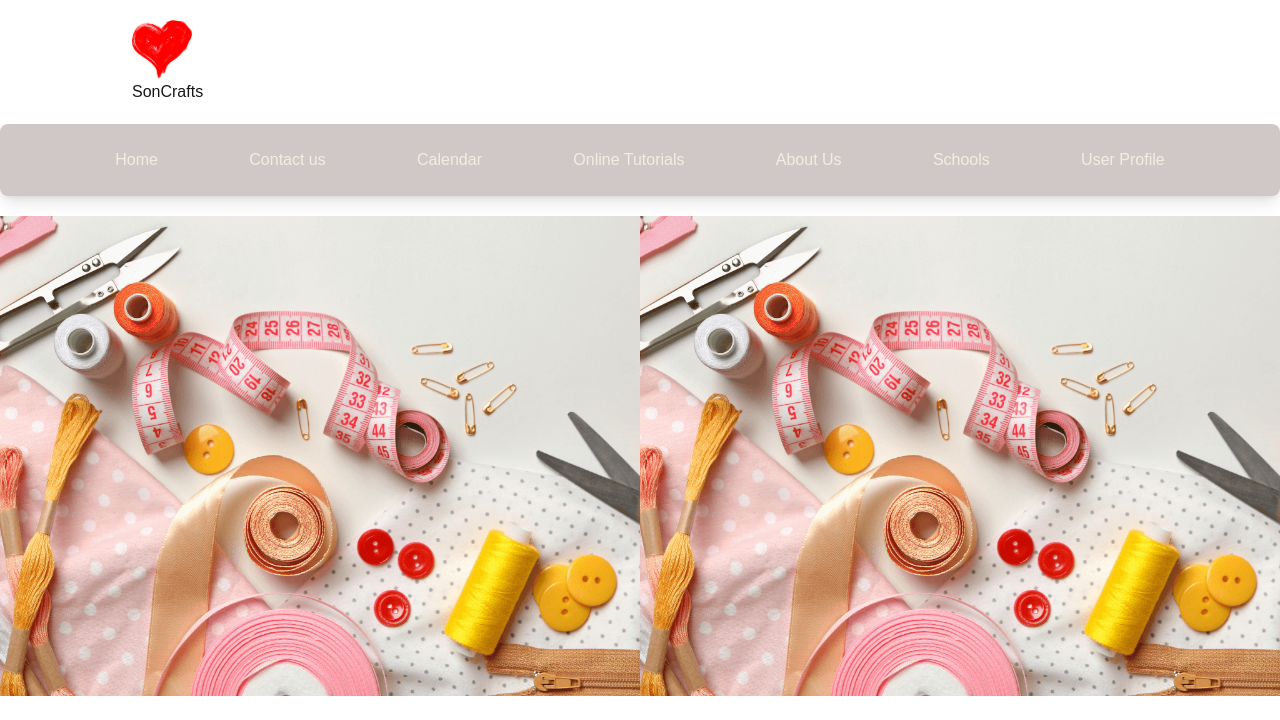
Repository: Ricka001/crafts
Page: /
An editor plug-in stored every save of this project. The page is shown before and after the next save, followed by the edit.
The browser window is 1280 px wide. The pictures show the whole page.
The page's requests for data from a server got no answer. The project was rebuilt for these pictures with package versions that can differ from the ones it lists, and the page was loaded fresh each time. Some packages were replaced by stand-ins written for this rebuild. The framework's server and built-in components were replaced by stand-ins that run in the browser. No one was signed in, and anything a server would have sent is missing. Also part of the build but not shown: next.config.mjs.

Above is the page before, as saved 2024-11-22 12:21:34.

### src/app/layout.js
import localFont from "next/font/local";
import "./globals.css";
import Header from "@/components/Header";
import { ClerkProvider } from "@clerk/nextjs";

const geistSans = localFont({
  src: "./fonts/GeistVF.woff",
  variable: "--font-geist-sans",
  weight: "100 900",
});
const geistMono = localFont({
  src: "./fonts/GeistMonoVF.woff",
  variable: "--font-geist-mono",
  weight: "100 900",
});

export const metadata = {
  title: "Create Next App",
  description: "Generated by create next app",
};

export default function RootLayout({ children }) {
  return (
    <ClerkProvider>
      <html lang="en">
        <body
          className={`${geistSans.variable} ${geistMono.variable} antialiased`}
        >
          <Header />
          {children}
        </body>
      </html>
    </ClerkProvider>
  );
}

### src/app/page.js
import Image from "next/image";
import Link from "next/link";

export default function HomePage() {
  return (
    <div>
      <div className="flex col-span-2 justify-center">
        <div className="flex justify-center items-center space-x-80">
          <Image
            src="/craftit.png"
            alt="Picture of crafts"
            height={700}
            width={800}
          />
        </div>
        <div className="flex justify-center items-center space-x-80">
          <Image
            src="/craftit.png"
            alt="Picture of crafts"
            height={700}
            width={800}
          />
        </div>
      </div>
    </div>
  );
}

### src/components/Header.jsx
import {
  SignedOut,
  SignIn,
  SignInButton,
  SignUpButton,
  UserButton,
} from "@clerk/nextjs";
import Image from "next/image";
import Link from "next/link";

export default function Header() {
  return (
    <div>
      <div className=" flex justify-between p-5 ml-28">
        <div className="container1">
          <Image src="/heart.png" alt="heart" width={60} height={50} />
          <h1>SonCrafts</h1>
        </div>

        <div className="container flex items-center justify-end pr-24">
          {/* <SignInButton>
            <UserButton />
          </SignInButton>
          <SignedOut>
            <SignInButton mode="modal">Sign In</SignInButton>
            <SignUpButton mode="modal">Sign Up</SignUpButton>
          </SignedOut> */}
        </div>
      </div>
      <div className="grid grid-cols-1 gap-8">
        <div className="flex justify-evenly items-center p-6 rounded-lg shadow-lg bg-[#d0c8c6] hover:bg-[#f195ec] text-[#F4ECE4] ml-34 mr-34 mb-5">
          <Link href="/">
            <div>
              <p>Home</p>
            </div>
          </Link>
          <Link href="/contact-us">
            <p>Contact us</p>
          </Link>
          <Link href="/calendar">
            <p>Calendar</p>
          </Link>
          <Link href="/online">
            <p>Online Tutorials</p>
          </Link>
          <Link href="/about">
            <p>About Us</p>
          </Link>
          <Link href="/school">
            <p>Schools</p>
          </Link>
          <Link href="/profile">
            <p>User Profile</p>
          </Link>
        </div>
      </div>
    </div>
  );
}

Loaded but not shown: src/app/globals.css (common file); tailwind.config.js (common file)

After the next save:
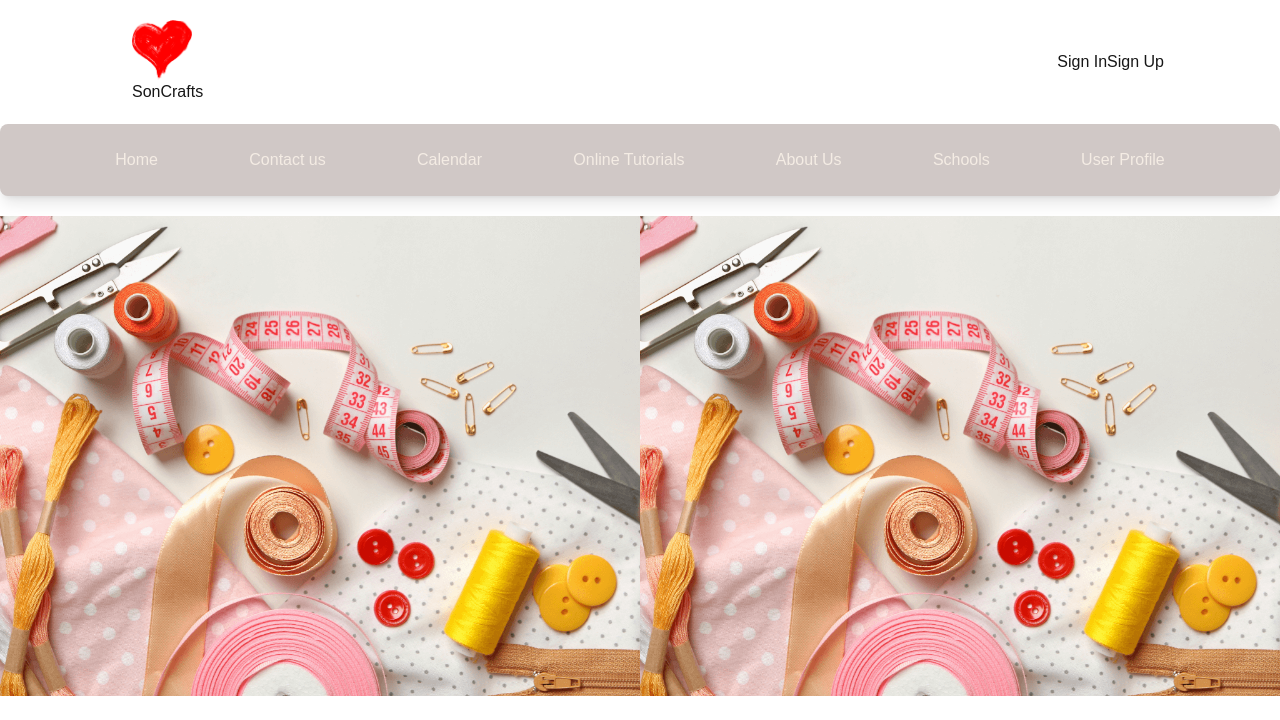
Saved 6 s later.
--- a/src/components/Header.jsx
+++ b/src/components/Header.jsx
@@ -18,13 +18,13 @@ export default function Header() {
         </div>
 
         <div className="container flex items-center justify-end pr-24">
-          {/* <SignInButton>
+          <SignInButton>
             <UserButton />
           </SignInButton>
           <SignedOut>
             <SignInButton mode="modal">Sign In</SignInButton>
             <SignUpButton mode="modal">Sign Up</SignUpButton>
-          </SignedOut> */}
+          </SignedOut>
         </div>
       </div>
       <div className="grid grid-cols-1 gap-8">
